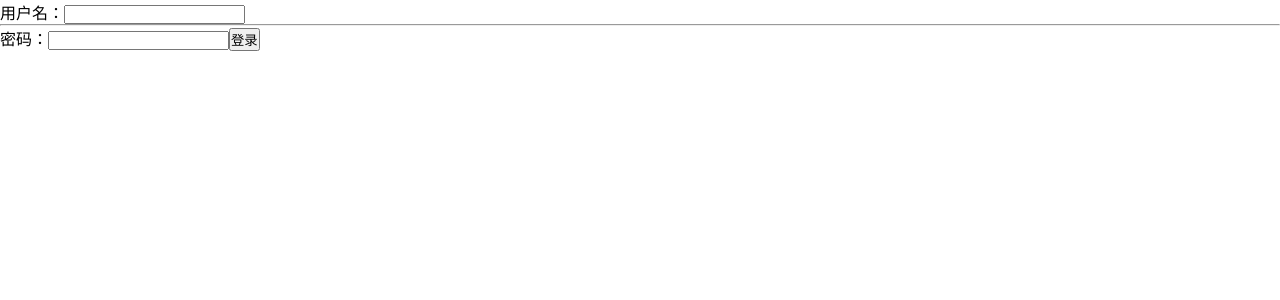
Repository: wujingwenwu/lianxi
Page: /sogin
An editor plug-in stored every save of this project. The page is shown before and after the next save, followed by the edit.
The browser window is 1280 px wide. The pictures show the whole page.
The project was rebuilt for these pictures with package versions that can differ from the ones it lists, and the page was loaded fresh each time. Also part of the build but not shown: src/views/Home.vue.

Above is the page before, as saved 2020-06-04 22:40:03.

After the next save:
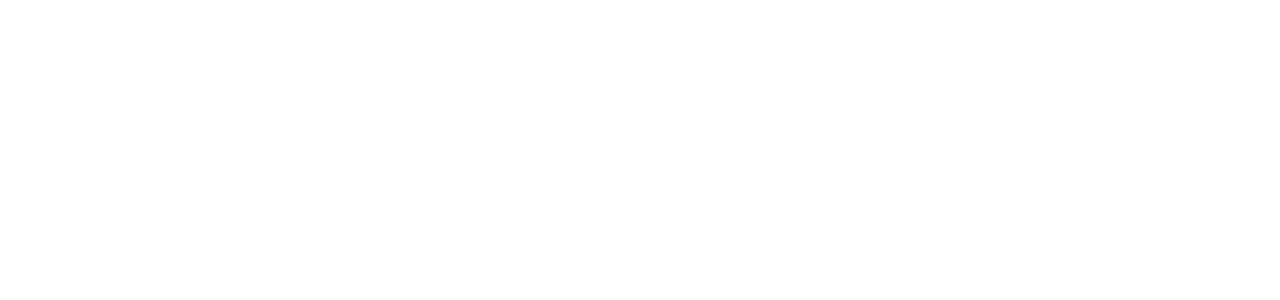
Saved 21 s later.
--- a/src/router/index.js
+++ b/src/router/index.js
@@ -64,7 +64,7 @@
 router.beforeEach((to,from,next) =>{
   document.title=to.meta.title
   let  user = JSON.parse(localStorage.getItem('user'))
-  if(whitepath.includes) {
+  if(whitepath.includes(to.path)) {
     next()
   } else{
     user? next():next('/sogin')

After the 2 saves that followed:
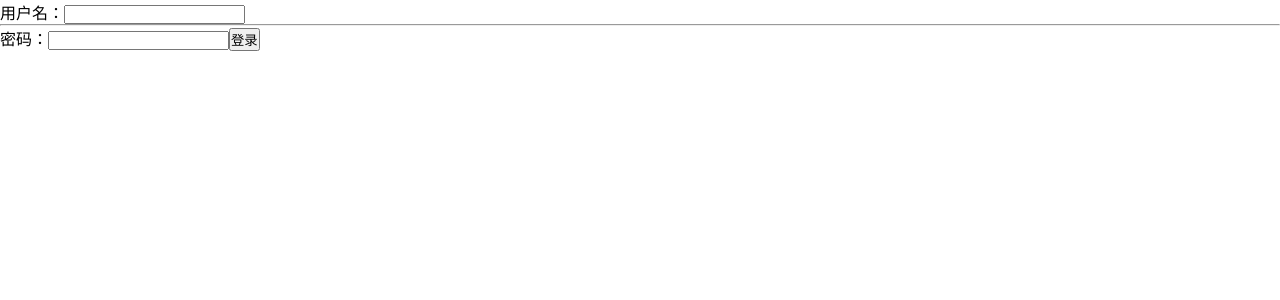
The 2 saves are shown as one change because 1 left the picture as it was.
The last was saved 2 min 10 s later.
--- a/src/router/index.js
+++ b/src/router/index.js
@@ -60,15 +60,14 @@
   base: process.env.BASE_URL,
   routes
 })
-let whitepath = ['/sogion','/reginter','/findpwd']
-router.beforeEach((to,from,next) =>{
-  document.title=to.meta.title
-  let  user = JSON.parse(localStorage.getItem('user'))
-  if(whitepath.includes(to.path)) {
-    next()
-  } else{
-    user? next():next('/sogin')
-  }
-
-})
+// let whitepath = ['/sogion','/reginter','/findPwd']
+// router.beforeEach((to,from,next) =>{
+//   document.title=to.meta.title
+//   let  user = JSON.parse(localStorage.getItem('user'))
+//   if(whitepath.includes(to.path)) {
+//     next()
+//   } else{
+//     user? next():next('/sogin')
+//   }
+// })
 export default router
